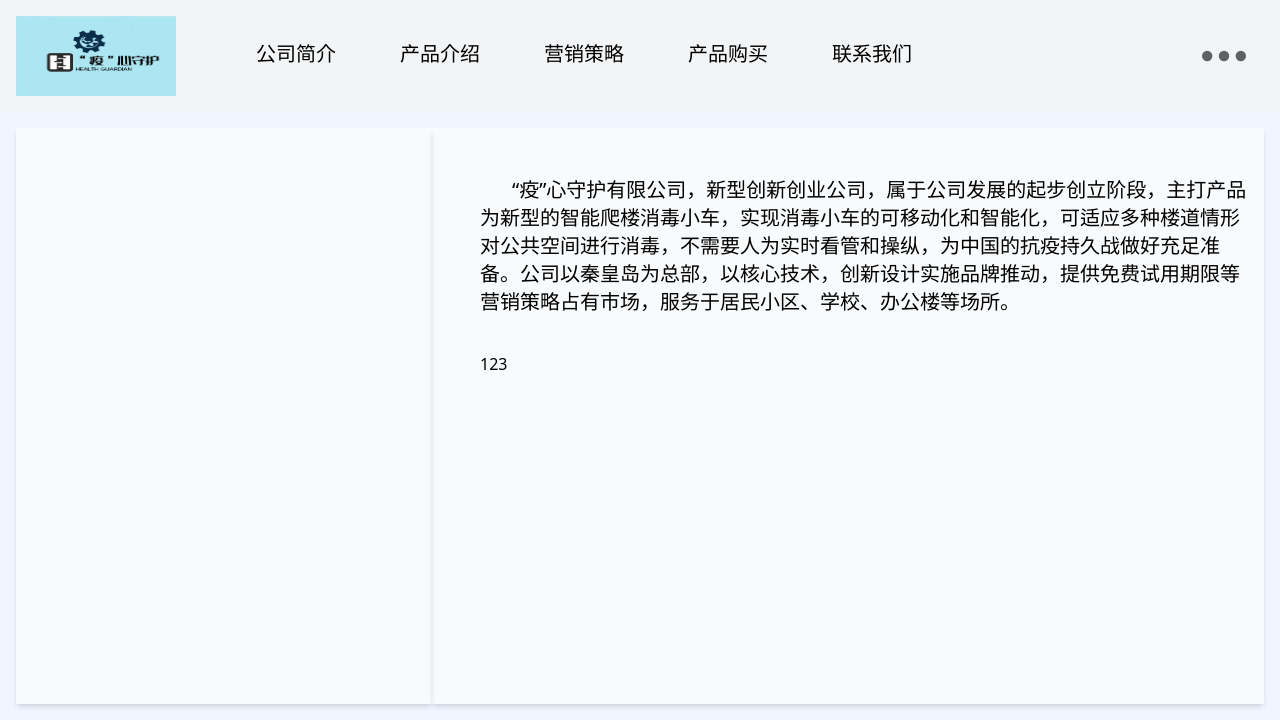
Repository: LiuRuohui/company_introduction
Page: /#/introduction
The author's editor kept a copy of each file at every save. The page is drawn from the files as they stood at one save, then again after the next save.
The browser window is 1280 px wide. The pictures show the whole page.
The project was rebuilt for these pictures with package versions that can differ from the ones it lists, and the page was loaded fresh each time. Also part of the build but not shown: vite.config.js, src/components/product.vue, src/components/purchase.vue, src/components/strategy.vue, src/components/contact.vue.

Above is the page before, as saved 2022-05-11 23:14:20.

After the next save:
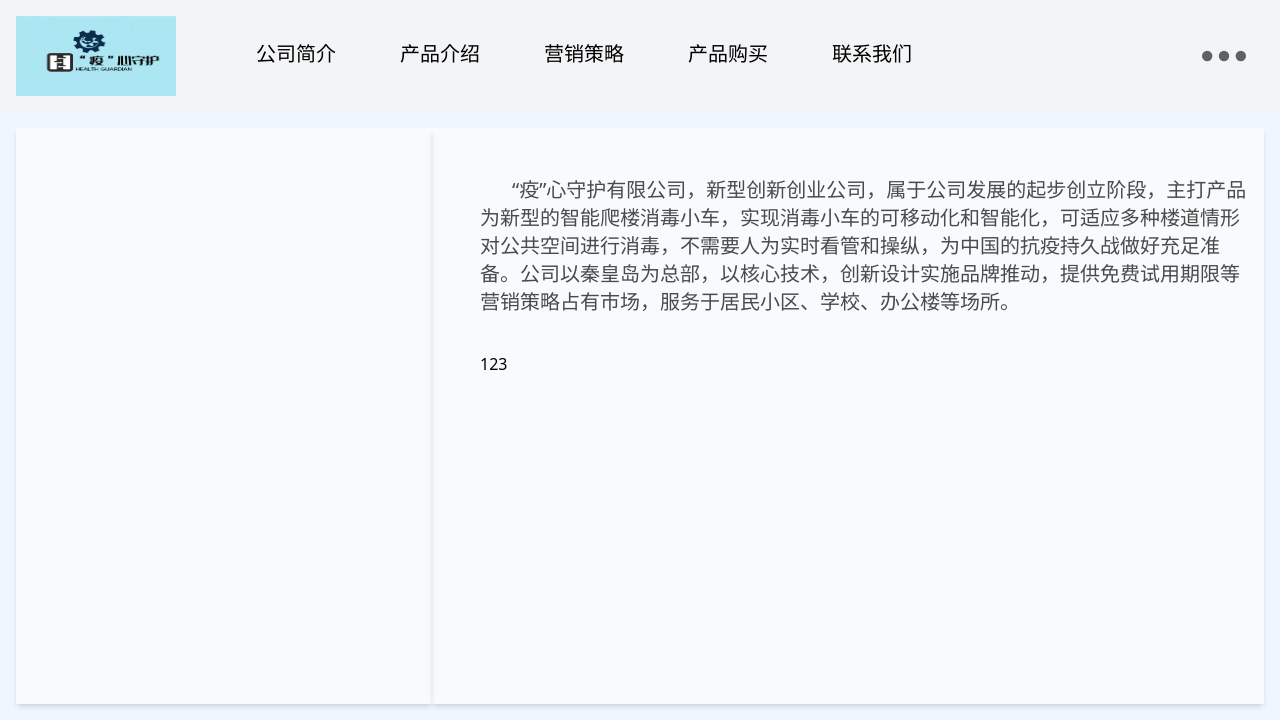
Saved 23 s later.
--- a/src/components/introduction.vue
+++ b/src/components/introduction.vue
@@ -9,7 +9,7 @@
         </div>
         <div class="flex flex-grow flex-col shadow-md w-2/3">
             <div class="m-4 w-full h-1/4 text-ellipsis">
-                <div class="m-8 indent-8 font-sans text-left break-normal text-xl font-medium">{{intro}}</div>
+                <div class="m-8 indent-8 opacity-70 hover:opacity-100 font-sans text-left break-normal text-xl font-medium">{{intro}}</div>
             </div>
             <div class="m-4 w-full flex flex-grow">
                 <div class="m-8">123</div>
